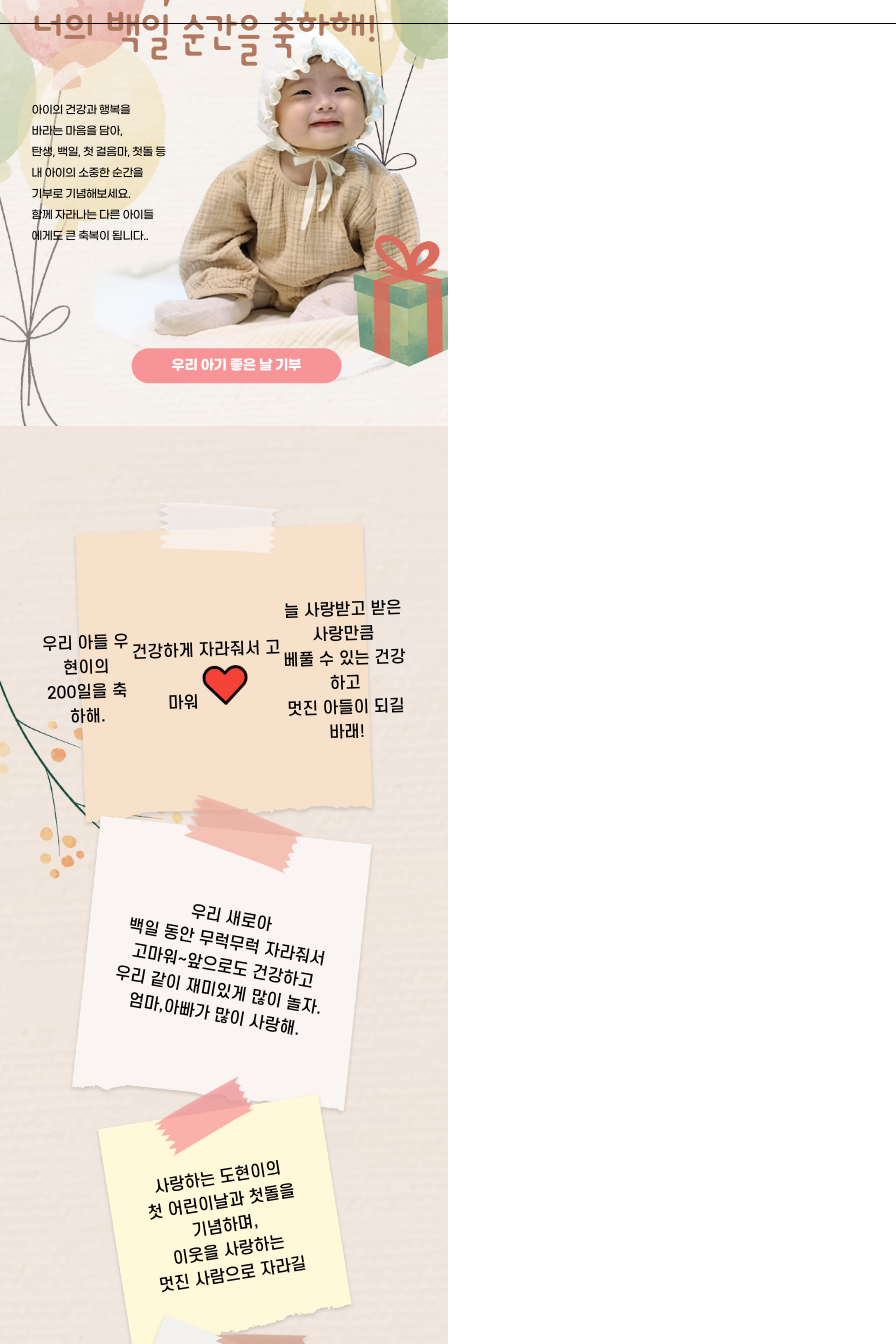
Repository: dlgywls1130/save_children_m
Page: index.html
The author's editor kept a copy of each file at every save. The page is drawn from the files as they stood at one save, then again after the next save.
The browser window is 1280 px wide. The pictures show the part of the page from y = 332 to 2252 px (the page is 9980 px tall), at 70% of full size.

Above is the page before, as saved 2023-12-13 20:41:10.

### index.html
<!DOCTYPE html>
<html lang="en">
<head>
    <meta charset="UTF-8">
    <meta name="viewport" content="width=device-width, initial-scale=1.0">
    <title>세이브더칠드런</title>

    <link rel="stylesheet" href="./css/reset.css">
    <link rel="stylesheet" href="./css/style.css">

</head>
<body>
    <div class="content_body">
        <section class="section_wrapper section01">
            <div class="se01 se_wrapper">
                <div class="se01_sub">
                    <div class="sub_logo">
                        <img src="./img/logo01.png" alt="logo">
                    </div>
                    <p>우리 아기 좋은 날 기부</p>
                </div>
                <p class="seo01_title">
                    아가야,
                </p>
                <p class="seo01_title_two">
                    너의 <span id="rollingText">탄생</span> 순간을 축하해!
                </p>
                <p class="section_descript mb-45">
                    아이의 건강과 행복을
                    <br>바라는 마음을 담아,
                    <br>탄생, 백일, 첫 걸음마, 첫돌 등
                    <br>내 아이의 소중한 순간을
                    <br>기부로 기념해보세요.
                    <br>함께 자라나는 다른 아이들
                    <br>에게도 큰 축복이 됩니다..
                </p>

                <a class="donation_link" href="javascript:void(0)">우리 아기 좋은 날 기부</a>
            </div>
        </section>
        <section class="section_wrapper section02">
            <div class="se02 se_wrapper">
                <div class="postit_wrapper">
                    <div class="postit postit01">
                        <p>우리 아들 우현이의<br>
                        200일을 축하해.<br>
                        <span>건강하게 자라줘서 고마워 <img src="./img/heart.png"></span>
                        늘 사랑받고 받은 사랑만큼<br>
                        베풀 수 있는 건강하고<br>
                        멋진 아들이 되길 바래!</p>
                    </div>
                    <div class="postit postit02">
                        <p>우리 새로아<Br>
                        백일 동안 무럭무럭 자라줘서<Br>
                        고마워~앞으로도 건강하고<Br>
                        우리 같이 재미있게 많이 놀자.<Br>
                        엄마,아빠가 많이 사랑해.</p>
                    </div>

                    <div class="postit postit05">
                        <p>사랑하는 도현이의<br>
                        첫 어린이날과 첫돌을<br>
                        기념하며, <br>
                        이웃을 사랑하는<br>
                        멋진 사람으로 자라길</p>

                    </div>
                    <div class="postit postit04">
                        <p>보미야<br>
                        첫 번째 생일 축하해<br>
                        너의 존재가 온 세상에<br>
                        봄이길 바랄게!   </p>
                    </div>

                    <div class="postit postit03">
                        <p>서진아<br>
                        우리에게 와줘서 고마워<br>
                        건강하고 행복하게 자라렴.<br>
                        사랑해♡      </p>
                    </div>

                </div>

            </div>
        </section>
        <section class="section_wrapper section03">
            <div class="se_wrapper se03">
                <div class="se_title_co">
                    아기의 좋은 날을<br> 기념해 주신 모든 분들께
                    <br>후원감사증서를 보내드립니다.
                </div>
                <div class="se_sub_co">
                    후원감사증서는<Br> 아기에게 남기고 싶은 메시지와 아기의 좋은 날이 담긴 사진을<br> 보관할 수 있도록
                    만들어드립니다.<br> 먼 훗날, 아기가 성장해 읽게 될 날을 그리며 편지를 써보세요.
                </div>
            </div>

        </section>
        <section class="section_wrapper section04">
            <div class="se_wrapper se04">
                <div class="se_title_co">
                    이름 자수 순면거즈블랭킷
                </div>
                <div class="se_sub_co">
                    30만원 이상 후원하신 분들께는 순면 거즈 아기 블랭킷(90*110)에
                    <Br>원하시는 이름(영문)을 예쁘게 수놓아 드립니다.
                </div>

                <div class="se04_slide mt-85">
                    <div class="se04_slide_list">
                        <img src="./img/slide03.jpg">
                    </div>
                    <div class="se04_slide_list">
                        <img src="./img/slide02.jpg">
                    </div>
                    <div class="se04_slide_list">
                        <img src="./img/slide01.jpg">
                    </div>
                </div>
            </div>
        </section>
        <section class="section_wrapper section05">
            <div class="se_wrapper se05">
                <div class="se_title_co">
                    후원신청 과정
                </div>


                <div class="se_sub_co">
                    30만원 이상 후원해 주신 경우,
                    <br>감사 선물 수령 주소 및 아기 블랭킷에 새겨질 문구 확인을 위한 문자가 발송됩니다.
                </div>

                <div class="se_step_list">
                    <div class="se_step">
                        <p class="step_number">1</p>
                        <div class="step_ico">
                            <img src="./img/icon01.png" alt="img">
                        </div>
                        <p class="step_descript">
                            후원신청하기
                        </p>
                    </div>
                    <div class="se_step">
                        <p class="step_number">2</p>
                        <div class="step_ico">
                            <img src="./img/icon02.png" alt="img">
                        </div>
                        <p class="step_descript">
                            후원감사증서
                            메시지 적기
                        </p>
                    </div>
                </div>
                <div class="se_step_list">
                    <div class="se_step">
                        <p class="step_number">3</p>
                        <div class="step_ico">
                            <img src="./img/icon03.png" alt="img">
                        </div>
                        <p class="step_descript">
                            신청완료
                        </p>
                    </div>
                    <div class="se_step">
                        <p class="step_number">4</p>
                        <div class="step_ico">
                            <img src="./img/icon04.png" alt="img">
                        </div>
                        <p class="step_descript">
                            후원감사증서 발송
                            (1주 이내)
                        </p>
                    </div>
                </div>


                <a class="donation_link" href="javascript:void(0)">우리 아기 좋은 날 기부</a>
            </div>

        </section>
        <section class="section_wrapper section06">
            <div class="se_wrapper se06">
                <div class="se_title_co">
                    후원금, 이렇게 쓰여요!
                </div>
                <div class="se_sub_co">
                    세이브더칠드런은 <Br><span>국내외 아동을 위한 교육,
                    <Br>보호, 보건영양지원,<Br> 아동권리옹호</span> 등의<Br> 활동을 해나가고 있습니다.
                </div>
                <div class="se_sub_co">
                    보내주신 후원금은<Br> 정치, 종교, 인종에 관계없이<Br> 모든 아이를 구해야 한다는
                    <Br>세이브더칠드런의 신념에 따라 <Br><span>가장 도움 필요한 아이를 위해 우선 사용</span>됩니다.
                </div>
            </div>

        </section>
        <section class="section_wrapper section07">
            <div class="se_wrapper se07">
                <div class="se_title_co">
                    FAQ
                </div>
                <div class="accordion">
                    <div class="accordion-item">
                        <h3 class="title">
                            <span>1. 30만원 이상 후원했습니다. <br>거즈 순면 블랭킷은 언제 오나요?</span>
                            <img src="./img/top.png">
                        </h3>
                        <p class="paragraph">
                            우리아기 축하기부로 30만원 이상 후원자님들께는 담요에 수놓을 아기 이름과
                            선물 수령 주소 확인을 위한 문자가 발송됩니다.
                            02-6900-4479로 발송되는 문자 속 설문조사에 답해주세요.
                            확인을 완료하신 분들께는 블랭킷 제작을 담당하고 있는 조니 스튜디오에서
                            아기 이름 자수 작업 완료 후 배송해 드립니다.

                        </p>
                    </div>
                    <div class="accordion-item">
                        <h3 class="title">
                            <span>2. 거즈 순면 블랭킷, 안전한 제품인가요?</span>
                            <img src="./img/top.png">
                        </h3>
                        <p class="paragraph">
                            본 블랭킷은 워싱된 3중 거즈로 제작되었으며, KC안전검사를 완료하였습니다.
                            소재 특성상 섬유 조각이 발생할 수 있어 망에 넣지 않고 3번 정도 물빨래 하시는 것을 권장합니다.

                        </p>
                    </div>
                    <div class="accordion-item">
                        <h3 class="title">
                            <span>3. 거즈 순면 블랭킷을 받았는 데 하자가 있어요. <Br>어떻게 해야 하나요? </span>
                            <img src="./img/top.png">
                        </h3>
                        <p class="paragraph">
                            070-4220-4123 (조니스튜디오 CS)로 전화 연락 부탁드립니다. 하자 물품에 대한 교환은 수령일로부터 7일 이내에 조니스튜디오에 연락해주셔야 하며, 이로 인한 후원금 환불은 어렵습니다.
                        </p>
                    </div>
                    <div class="accordion-item">
                        <h3 class="title">
                            <span>4. 후원감사증서에 넣을 수 있는 사진 사이즈는 <Br>얼마인가요?</span>
                            <img src="./img/top.png">
                        </h3>
                        <p class="paragraph">
                            사진 인화 사이즈 5*7 인치에 맞추어서 제작되었습니다.  그보다 작은 사진일 경우, 후원감사증서
                            내부의 주머니에 넣어 보관하실 수도  있습니다.

                        </p>
                    </div>
                </div>
            </div>

        </section>
        <section class="section_wrapper section08">
            <div class="se_wrapper se08">
                <div class="se08_postion">
                    <p class="se08_title">우리 아기 좋은 날 기부</p>
                    <p class="se08_descript">
                        탄생, 백일, 첫 걸음마, 첫돌...
                        <br>소중한 우리 아기의 성장을 기념해 보세요!
                        <br>아기의 좋은 날이 모여 세상의 행복이 됩니다.
                    </p>
                    <a href="javascript:void(0)" class="more_btn">
                        <p>자세히보기</p>
                        <svg xmlns="http://www.w3.org/2000/svg" width="16" height="16" fill="currentColor" class="bi bi-chevron-right" viewBox="0 0 16 16">
                            <path fill-rule="evenodd" d="M4.646 1.646a.5.5 0 0 1 .708 0l6 6a.5.5 0 0 1 0 .708l-6 6a.5.5 0 0 1-.708-.708L10.293 8 4.646 2.354a.5.5 0 0 1 0-.708z"/>
                        </svg>
                    </a>
                </div>

            </div>
        </section>
    </div>

    <script src="https://ajax.googleapis.com/ajax/libs/jquery/1.12.4/jquery.min.js"></script>
    <script src="./js/main.js"></script>
</body>
</html>

### css/reset.css


html, body, div, span, applet, object, iframe,
h1, h2, h3, h4, h5, h6, p, blockquote, pre,
a, abbr, acronym, address, big, cite, code,
del, dfn, em, img, ins, kbd, q, s, samp,
small, strike, strong, sub, sup, tt, var,
b, u, i, center,
dl, dt, dd, ol, ul, li,
fieldset, form, label, legend,
table, caption, tbody, tfoot, thead, tr, th, td,
article, aside, canvas, details, embed,
figure, figcaption, footer, header, hgroup,
menu, nav, output, ruby, section, summary,
time, mark, audio, video {
	margin: 0;
	padding: 0;
	border: 0;
	font-size: 100%;
	font: inherit;
	vertical-align: baseline;
}

article, aside, details, figcaption, figure,
footer, header, hgroup, menu, nav, section {
	display: block;
}
body {
	line-height: 1;
}
ol, ul {
	list-style: none;
}
blockquote, q {
	quotes: none;
}
blockquote:before, blockquote:after,
q:before, q:after {
	content: '';
	content: none;
}
table {
	border-collapse: collapse;
	border-spacing: 0;
}

### css/style.css

/* root */
:root{
    --main-color:#B17A60;
    --pink-color:#F79497;
}


/* font */

/* dongle */
@font-face {
    font-family: 'Dongle';
    font-weight: 300;
    src: url('../font/Dongle-Light.ttf') format('ttf'),
    url('../font/Dongle-Light.woff') format('woff');
}

@font-face {
    font-family: 'Dongle';
    font-weight: 500;
    src: url('../font/Dongle-Regular.ttf') format('ttf'),
    url('../font/Dongle-Regular.woff') format('woff');
}

@font-face {
    font-family: 'Dongle';
    font-weight: 700;
    src: url('../font/Dongle-Bold.ttf') format('ttf'),
    url('../font/Dongle-Bold.woff') format('woff');
}


/* Gmarket */
@font-face {
    font-family: 'GmarketSans';
    font-weight: 300;
    src: url('../font/GmarketSansLight.ttf') format('ttf'),
    url('../font/GmarketSansLight.woff') format('woff');
}

@font-face {
    font-family: 'GmarketSans';
    font-weight: 500;
    src: url('../font/GmarketSansMedium.ttf') format('ttf'),
    url('../font/GmarketSansMedium.woff') format('woff');
}

@font-face {
    font-family: 'GmarketSans';
    font-weight: 700;
    src: url('../font/GmarketSansBold.ttf') format('ttf'),
    url('../font/GmarketSansBold.woff') format('woff');
}


/* nanumsqure */

@font-face {
    font-family: 'NanumSquare';
    font-weight: 400;
    src: url('../font/NanumSquareL.ttf') format('ttf'),
    url('../font/NanumSquareL.woff') format('woff');
}

@font-face {
    font-family: 'NanumSquare';
    font-weight: 500;
    src: url('../font/NanumSquareR.ttf') format('ttf'),
    url('../font/NanumSquareR.woff') format('woff');
}

@font-face {
    font-family: 'NanumSquare';
    font-weight: 600;
    src: url('../font/NanumSquareB.ttf') format('ttf'),
    url('../font/NanumSquareB.woff') format('woff');
}

@font-face {
    font-family: 'NanumSquare';
    font-weight: 700;
    src: url('../font/NanumSquareEB.ttf') format('ttf'),
    url('../font/NanumSquareEB.woff') format('woff');
}



/* scdream5 */
@font-face {
    font-family: 'SCDream5';
    src: url('../font/SCDream5.woff') format('woff'),
    url('../font/SCDream5.ttf') format('ttf'),
    url('../font/SCDream5.otf') format('otf');
}


.section_wrapper{
    max-width:640px;
    width: 100%;

}

.se_wrapper{
    max-width: 640px;
    width: 100%;
    position: relative;
    box-sizing: border-box;
}


/* section01 */


.section01{
    background: url('../img/back01.jpg') no-repeat;
    height: 940px;

}

.se01{
    padding: 145px 10px 92px 45px;
    box-sizing: border-box;
}
.se01_sub{
    display: flex;
    align-items: center;
    margin-bottom: 70px;
}

.sub_logo{
    width: 125px;
    height: 40px;
    margin-right: 10px;
}

.sub_logo img{
    width: 100%;
    height: 100%;
    object-fit: contain;
}

.se01_sub p{
    width: 190px;
    height: 30px;
    background: #B17A60;
    border-radius: 15px;
    display: flex;
    align-items: center;
    justify-content: center;
    letter-spacing: -0.03em;
    font-size: 15px;
    font-weight: 700;
    font-family: 'GmarketSans',sans-serif;
    color: #fff;
}

.seo01_title{
    font-family: 'Dongle',sans-serif;
    font-weight: 500;
    font-size: 120px;
    color: var(--main-color);
    letter-spacing: -0.03em;
}

.seo01_title_two{
    font-family: 'Dongle',sans-serif;
    font-weight: 500;
    font-size: 90px;
    color: var(--main-color);
    letter-spacing: -0.03em;
    margin-top: -7%;
    margin-bottom: 50px;
    display: flex;
    align-items: center;
    white-space: nowrap;
}

.seo01_title_two span{
    margin: 0 1rem;
}
.section_descript{
    font-size: 20x;
    line-height: 30px;
    font-family: 'GmarketSans';
    font-weight: 500;
    letter-spacing: -0.03em;
    color: #000;
}

.donation_link{
    width: 300px;
    height: 50px;
    border-radius: 100px;
    display: flex;
    align-items: center;
    justify-content: center;
    background: var(--pink-color);
    color: #fff;
    font-family: 'GmarketSans';
    font-size: 20px;
    font-weight: 700;
    letter-spacing: -0.03em;
    text-decoration: none;
    margin: 145px auto 0;
}


@keyframes roll {
    from {
        transform: translateY(40%);
        opacity: 0;
    }
    to {
        transform: translateY(0);
        opacity: 1;
    }
  }


  #rollingText.animate-text {
    animation: roll 0.5s ease-in-out;
}

/* section02 */

.section02{
    height: 2800px;
    background: url('../img/back02.jpg') no-repeat;
}

.se02{
    box-sizing: border-box;
    height: 100%;
}
.postit_wrapper{
    width: 100%;
    padding: 76px 60px 96px;
    position: relative;
    display: flex;
    flex-direction: column;
    align-items: center;
    box-sizing: border-box;
}

.ex_text{
    font-family: 'GmarketSans';
    font-size: 20px;
    font-weight: 500;
    letter-spacing: -0.03em;
}


.postit p{
    font-family: 'SCDream5';
    font-size: 23px;
    line-height: 35px;
    text-align: center;
    display: flex;
    justify-content: center;
    align-items: center;
    height: 100%;
}

.postit01{
    background:url('../img/post04.png') no-repeat;
    width: 520px;
    height: 520px;
    background-size: contain;
    box-sizing: border-box;
}

.postit01 p{
    transform: rotate(358deg);
    padding-top: 20px;
}

.postit02{
    background: url('../img/post05.png') no-repeat;
    width: 510px;
    height: 510px;
    background-size: contain;
    box-sizing: border-box;
    margin-top: -19%;
}

.postit02 p{
    transform: rotate(10deg);
    padding-top: 20px;
}

.postit03{
    background:url('../img/post02.png') no-repeat;
    width: 459px;
    height: 459px;
    background-size: contain;
    box-sizing: border-box;
    margin-top: -25%;
    transform: rotate(-14deg);
}

.postit03 p{
    transform: rotate(7deg);
    padding-top: 20px;
}

.postit04{
    background: url(../img/post03.png) no-repeat;
    width: 440px;
    height: 440px;
    background-size: cover;
    box-sizing: border-box;
    margin-top: -24%;
    transform: rotate(14deg);
}

.postit04 p{
    transform: rotate(354deg);
}

.postit05{
    background:url('../img/post01.png') no-repeat;
    width: 460px;
    height: 460px;
    background-size: contain;
    box-sizing: border-box;
    margin-top: -22%;
}

.postit05 p{
    transform: rotate(-9deg);
    padding-top: 20px;
}

/* section03 */

.section03{
    height: 1200px;
    background: url('../img/back03.jpg') no-repeat;
}

.se03{
    padding: 200px 60px 96px;
    box-sizing: border-box;
    height: 100%;
}


.se_title_co{
    font-size: 80px;
    line-height: 80px;
    letter-spacing: -0.03em;
    font-family: 'Dongle';
    font-weight: 500;
    color: var(--main-color);
    text-align: center;
}

.se_sub_co{
    font-size: 20px;
    letter-spacing: -0.03em;
    line-height: 30px;
    font-family: 'GmarketSans';
    font-weight: 500;
    text-align: center;
    margin-top: 30px;
}

/* section04 */

.section04{
    height: 1740px;
    background: url('../img/back04.jpg') no-repeat;
}

.se04{
    padding: 80px 0 130px;
    box-sizing: border-box;
    height: 100%;
}

.se04_slide{
    width: 944px;
    margin: 60px auto 0;
    padding: 0 60px;
}


.se04_slide_list{
    width: 530px;
    height: 440px;
    border-radius: 9px;
    margin-bottom: 25px;
}

.se04_slide_list img{
    width:100%;
height: 100%;
object-fit: cover;
border-radius: 15px;
}
/* section05 */
.section05{
    height: 1000px;
    background: url('../img/back05.jpg') no-repeat;
}

.se05{
    padding: 80px 60px 140px;
    box-sizing: border-box;
    height: 100%;
}

.se_step_list{
    display: flex;
    align-content: center;
    margin-top: 20px;
    position: relative;
    flex-wrap: wrap;
    justify-content: space-between;
}


.se_step_list .se_step{
    position: relative;
    display: flex;
    flex-direction: column;
    align-items: center;
}

.step_number{
    font-size: 25px;
    letter-spacing: -0.03em;
    line-height: 35px;
    font-weight: 700;
    font-family: 'GmarketSans';
    position: absolute;
    left: 19%;
    top: 0;
    color: var(--main-color);
    z-index: 2;
}

.se_step_list .se_step .step_ico{
    width: 200px;
    height: 200px;
    border-radius: 50%;
    background-color: #fff;
    display: flex;
    align-items: center;
    justify-content: center;
    position: relative;
    z-index: 1;
}

.se_step_list .se_step .step_ico img {
    width: 138px;
    height: 138px;
    object-fit: contain;
    object-position: 73%;
}

.step_descript{
    font-size: 20px;
    letter-spacing: -0.03em;
    line-height: 23px;
    font-weight: 500;
    font-family: 'GmarketSans';
    text-align: center;
    margin-top: 20px;
    color: var(--main-color);
}


.section05 .donation_link{
    margin: 70px auto 0;
}


/* section06 */
.section06{
    height:800px;
    background: url('../img/back06.jpg') no-repeat;
}

.se06{
    padding: 155px 0;
    height: 100%;
    box-sizing: border-box;
}


.se_sub_co span{
    font-weight: 700;
}
/* section07 */

.section07{
    height:1000px;
    background: url('../img/back07.jpg') no-repeat;
}

.se07{
    padding: 100px 0;
    height: 100%;
    box-sizing: border-box;
}


.accordion{
    margin-top: 38px;
}
.accordion-item {
    padding:15px 30px;
    margin: 0;
    overflow: hidden;
}

.accordion-item .title {
    display: flex;
    justify-content: space-between;
    align-items: center;
    font-weight: 700;
    font-size: 20px;
    line-height: 30px;
    letter-spacing: -0.03em;
    cursor: pointer;
    width: 100%;
    height: 100px;
    border-radius: 50px;
    background-color: #fff;
    color: var(--main-color);
    padding: 0 50px;
    font-family: 'GmarketSans';
    box-sizing: border-box;
    text-indent: -10px;
}

.accordion-item .title img {
    font-size: 0.9rem;
    color: #454545;
    transform: rotate(0);
    transition: transform 0.15s ease;
}

.accordion-item .paragraph {
    font-weight: 500;
    font-size: 20px;
    letter-spacing: -0.03em;
    color: #000;
    display: none;
    padding: 30px 35px 15px;
    list-style: inside;
    line-height: 30px;
    font-family: 'GmarketSans';
}

.accordion-item .paragraph .indent{
    text-indent: 1rem;
}


.accordion-item .paragraph span{
    font-weight: bold;
}

.accordion-item.active .title img{
    transform: rotate(180deg);
}

.accordion-item.active .paragraph {
    display: block;
}


/* section08 */

.section08{
    height:500px;
    background: url('../img/banner.jpg') no-repeat;
}
.se08{
    position: relative;
    height: 100%;
}

.se08_postion{
    display: flex;
    align-items: center;
    justify-content: center;
    flex-direction: column;
    height: 100%;
}

.se08_title{
    font-family: 'NanumSquare';
    font-weight: 600;
    font-size: 30px;
    letter-spacing: -0.05em;
    line-height: 50px;
    position: relative;
    text-align: center;
    margin-bottom: 30px;
}



.se08_descript{
    font-family: 'NanumSquare';
    font-weight: 500;
    font-size: 20px;
    line-height: 30px;
    letter-spacing: -0.05em;
    text-align: center;
}

.more_btn{
    margin-top: 38px;
    width: 150px;
    height: 40px;
    background: #543F2C;
    display: flex;
    align-items: center;
    justify-content: center;
    text-decoration: none;
}

.more_btn p{
    font-family: 'NanumSquare';
    font-weight: 500;
    font-size: 18px;
    color: #fff;

}

.more_btn svg{
    fill: #fff;
}

Loaded but not shown: js/main.js (46 lines, source omitted)

After the next save:
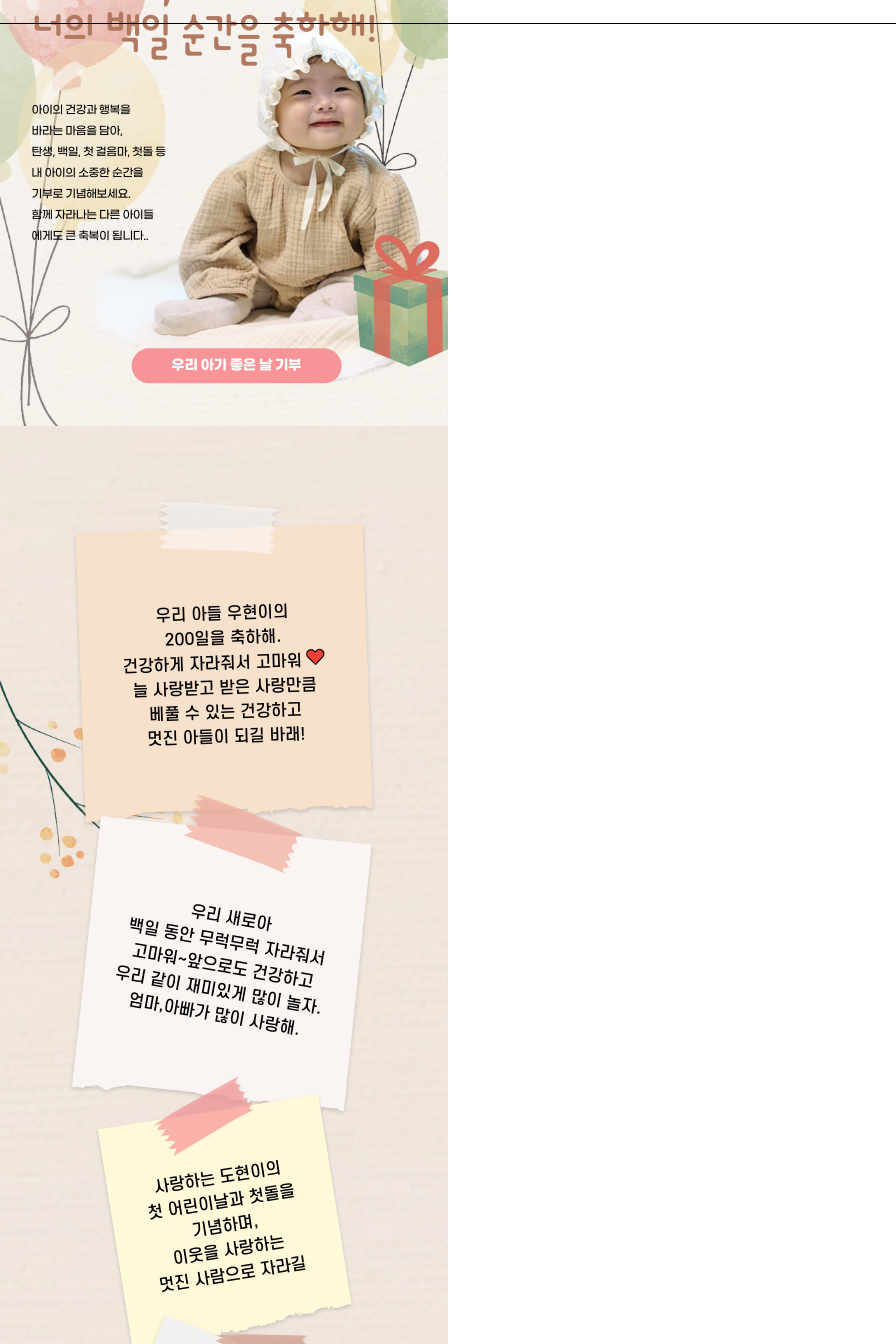
Saved 23 s later.
--- a/css/style.css
+++ b/css/style.css
@@ -251,6 +251,11 @@
 }
 
 
+.postit p img{
+    width: 26px;
+    height: 26px;
+    object-fit: contain;
+}
 .postit p{
     font-family: 'SCDream5';
     font-size: 23px;
@@ -259,6 +264,7 @@
     display: flex;
     justify-content: center;
     align-items: center;
+    flex-direction: column;
     height: 100%;
 }
 
